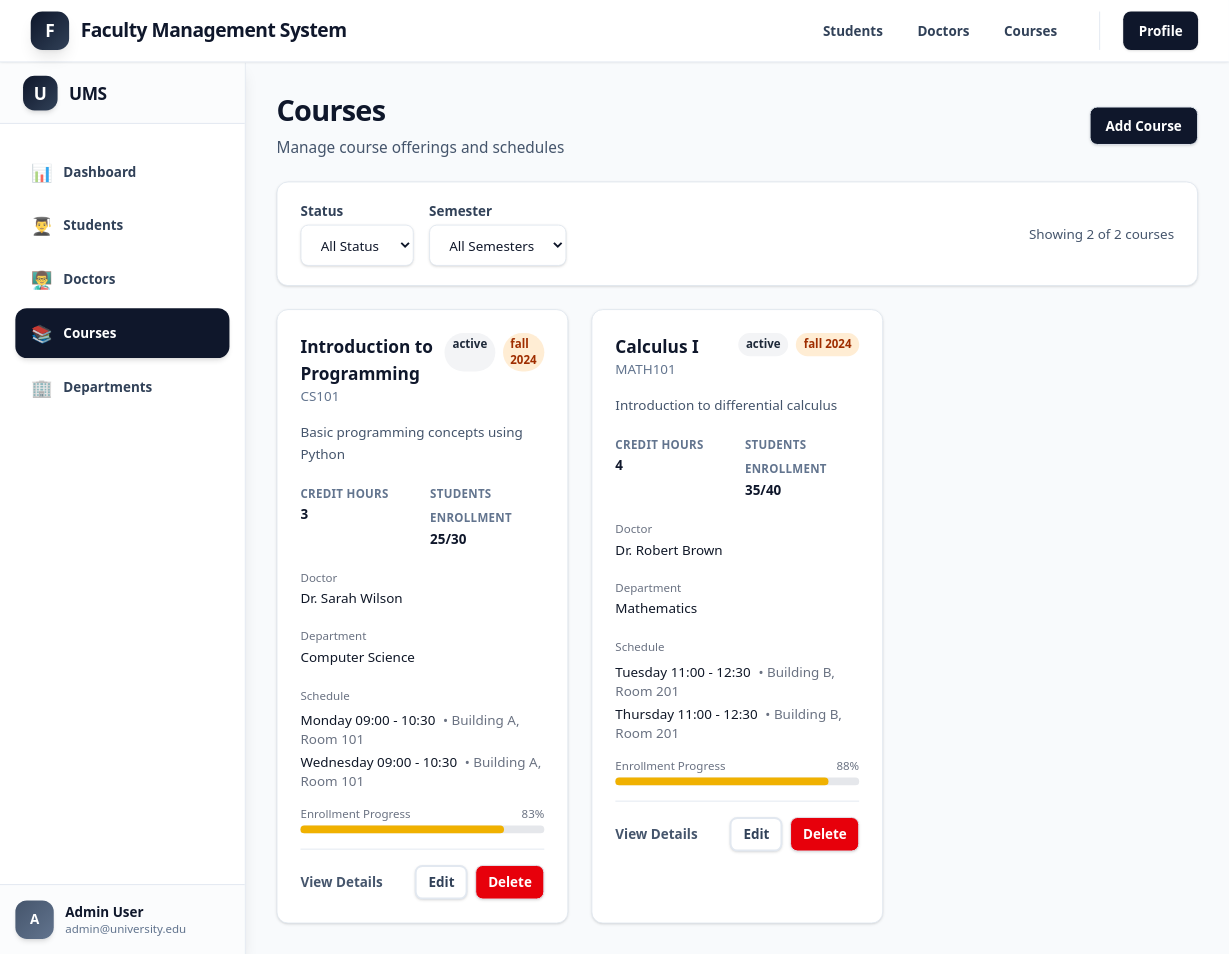
Repository: Mohamedmohsen179/Advanced-DB-Task
Page: /courses (app in frontend/)
These files come from the project's save history. The page is drawn as it stood at one moment and after the next save; the edit follows.
The browser window is 1280 px wide. The pictures show the whole page, at 96% of full size.
The page's requests for data from a server got no answer. The project was rebuilt for these pictures with package versions that can differ from the ones it lists, and the page was loaded fresh each time. The framework's server and built-in components were replaced by stand-ins that run in the browser. No one was signed in, and anything a server would have sent is missing. Also part of the build but not shown: frontend/next.config.ts.

Above is the page before, as saved 2025-11-28 18:21:04.

After the next save:
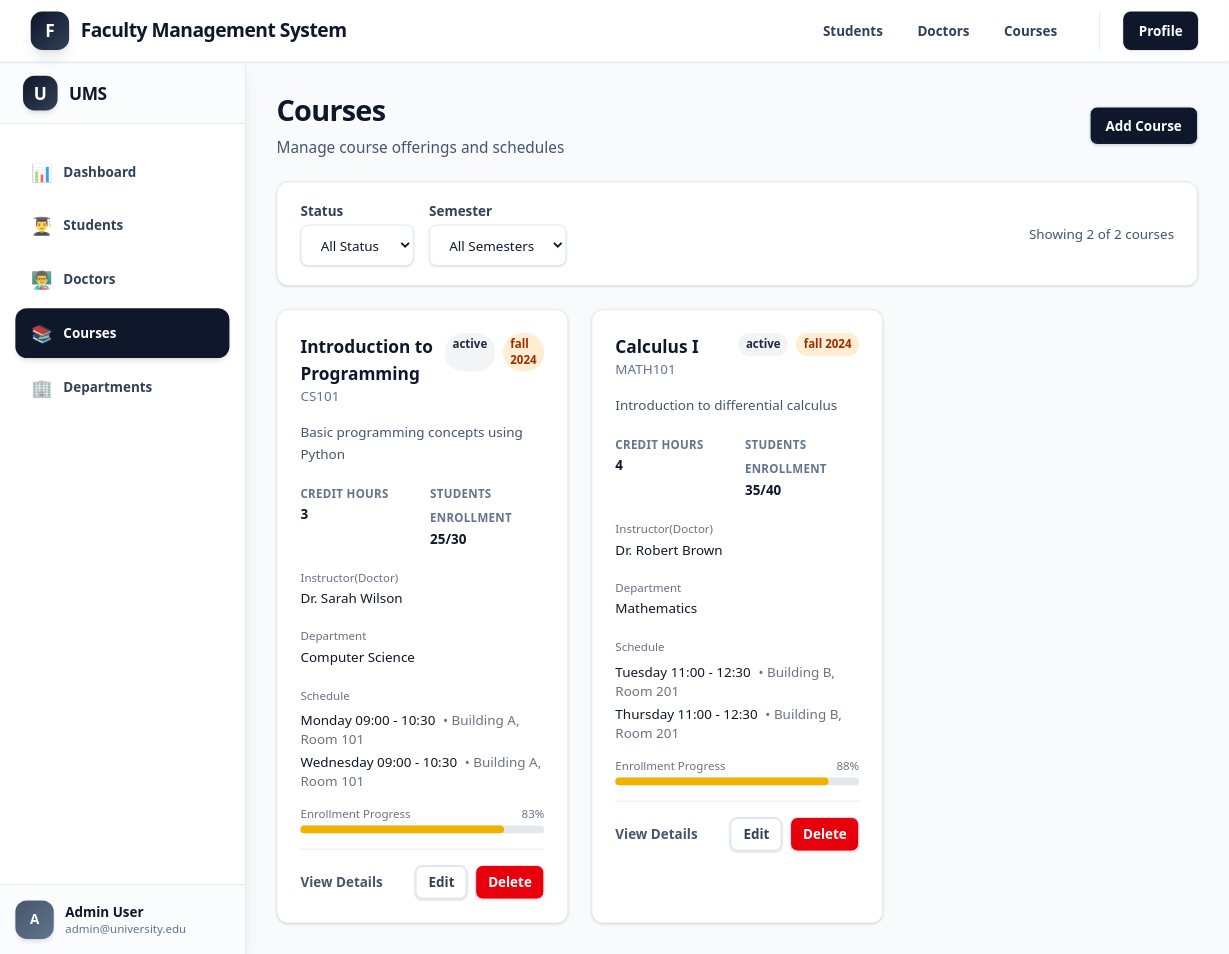
Saved 10 s later.
--- a/frontend/components/courses/CourseCard.tsx
+++ b/frontend/components/courses/CourseCard.tsx
@@ -78,7 +78,7 @@
           </div>
           {course.instructor && (
             <div className="col-span-2">
-              <span className="text-xs font-medium text-gray-500">Doctor</span>
+              <span className="text-xs font-medium text-gray-500">Instructor(Doctor)</span>
               <p className="text-sm text-gray-900">
                 {course.instructor.firstName} {course.instructor.lastName}
               </p>
